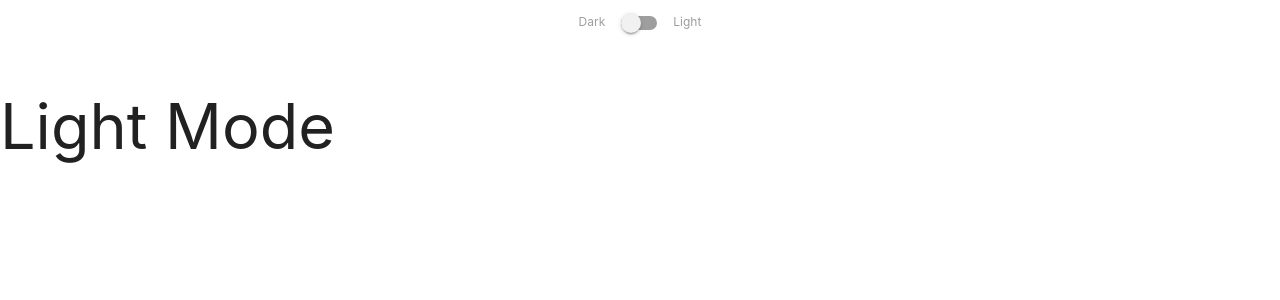
Repository: imrvj/Dark-Light-Mode
Page: /
The author's editor kept a copy of each file at every save. The page is drawn from the files as they stood at one save, then again after the next save.
The browser window is 1280 px wide. The pictures show the whole page.
The project was rebuilt for these pictures with package versions that can differ from the ones it lists, and the page was loaded fresh each time.

Above is the page before, as saved 2020-02-20 12:55:38.

### public/index.html
<!DOCTYPE html>
<html lang="en">
  <head>
    <meta charset="utf-8" />
    <link rel="icon" href="%PUBLIC_URL%/favicon.ico" />
    <meta name="viewport" content="width=device-width, initial-scale=1" />
    <meta name="theme-color" content="#000000" />
    <meta
      name="description"
      content="Web site created using create-react-app"
    />
    <link rel="apple-touch-icon" href="%PUBLIC_URL%/logo192.png" />
    <!--
      manifest.json provides metadata used when your web app is installed on a
      user's mobile device or desktop. See https://developers.google.com/web/fundamentals/web-app-manifest/
    -->
    <link rel="manifest" href="%PUBLIC_URL%/manifest.json" />
    <!--
      Notice the use of %PUBLIC_URL% in the tags above.
      It will be replaced with the URL of the `public` folder during the build.
      Only files inside the `public` folder can be referenced from the HTML.

      Unlike "/favicon.ico" or "favicon.ico", "%PUBLIC_URL%/favicon.ico" will
      work correctly both with client-side routing and a non-root public URL.
      Learn how to configure a non-root public URL by running `npm run build`.
    -->

    <!-- Compiled and minified CSS -->
    <link rel="stylesheet" href="https://cdnjs.cloudflare.com/ajax/libs/materialize/1.0.0/css/materialize.min.css">

    <title>React App</title>
  </head>
  <body>
    <noscript>You need to enable JavaScript to run this app.</noscript>
    <div id="root"></div>
    <!--
      This HTML file is a template.
      If you open it directly in the browser, you will see an empty page.

      You can add webfonts, meta tags, or analytics to this file.
      The build step will place the bundled scripts into the <body> tag.

      To begin the development, run `npm start` or `yarn start`.
      To create a production bundle, use `npm run build` or `yarn build`.
    -->
     <!-- Compiled and minified JavaScript -->
     <script src="https://cdnjs.cloudflare.com/ajax/libs/materialize/1.0.0/js/materialize.min.js"></script>

  </body>
</html>

### src/App.js
import React, { Component } from 'react'
import './App.css'

class App extends Component {
  constructor(props) {
    super(props)

    this.state = {

    }
  }

  render() {
    return (
      <div>
              <div className="nav">
              <div className="switch">
          <label>
            Dark
            <input type="checkbox"/>
            <span className="lever"></span>
            Light
          </label>
        </div>
        </div>

        <div className="content">
          <h1>Light Mode</h1>
        </div>
      </div>
    )
  }
}

export default App

### src/App.css
.nav
{
  display: flex;
 justify-content: center;
 height: 50px;
 padding-top: 10px;

 color: white;

}

Loaded but not shown: src/index.js (common file); src/index.css (common file); src/serviceWorker.js (common file)

After the next save:
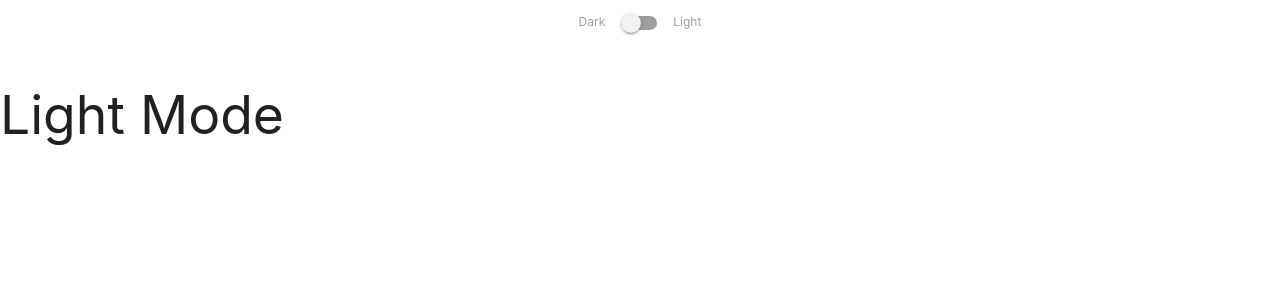
Saved 10 s later.
--- a/src/App.js
+++ b/src/App.js
@@ -25,7 +25,7 @@ class App extends Component {
         </div>
 
         <div className="content">
-          <h1>Light Mode</h1>
+          <h2>Light Mode</h2>
         </div>
       </div>
     )
